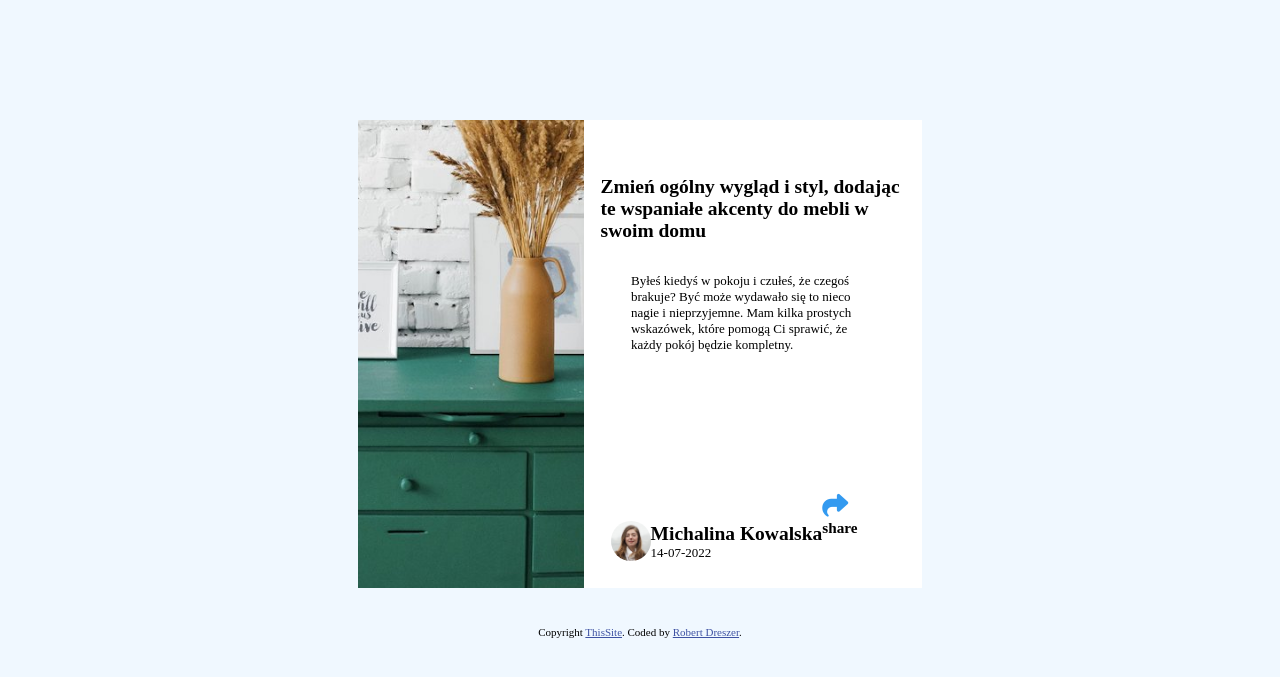
Repository: RobertDsr/komponent-podgl-du-produktu
Page: index.html
These files come from the project's save history. The page is drawn as it stood at one moment and after a run of saves; the edit follows.
The browser window is 1280 px wide. The pictures show the whole page.
Some web libraries are served in a nearby version. The style sheet was rebuilt from its Sass, Less or Tailwind sources for each picture, by a compiler version that may differ from the author's.

Above is the page before, as saved 2022-07-14 13:44:37.

After the next 4 saves:
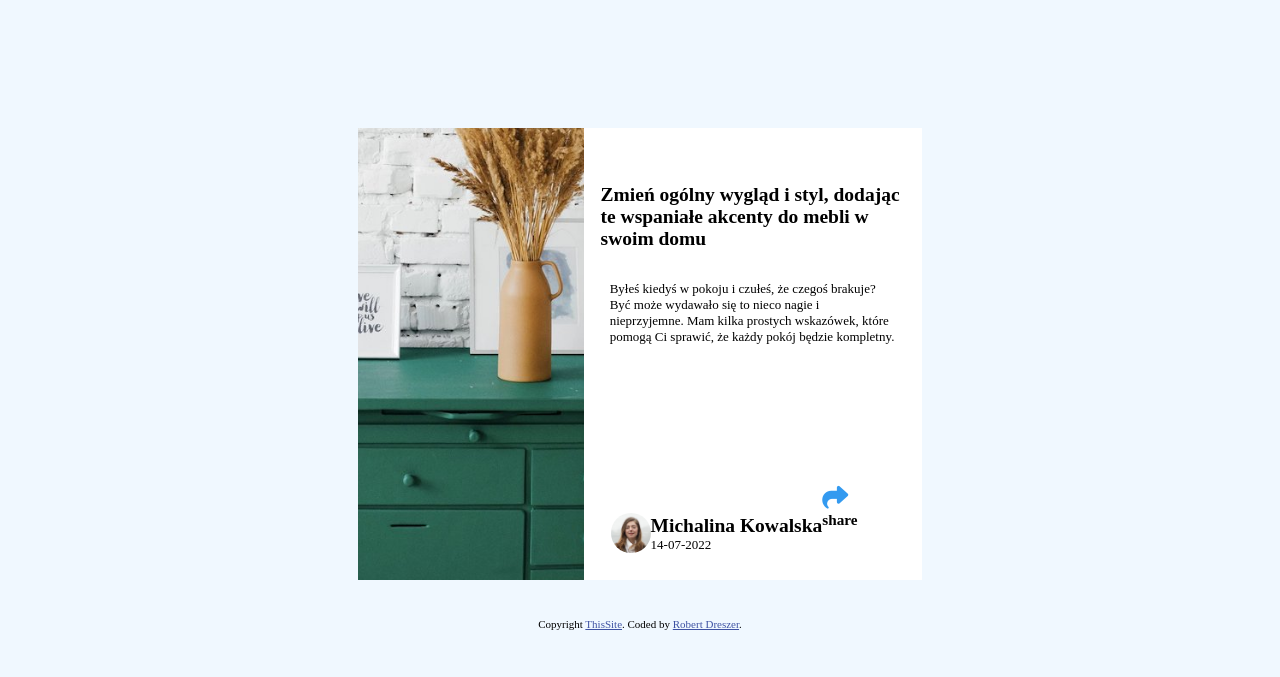
The 4 saves are shown as one change because they came seconds apart.
The last was saved 10 s later.
--- a/design/scss/main.scss
+++ b/design/scss/main.scss
@@ -42,7 +42,7 @@ body {
 }
 
 .articleDescription p {
-    padding: 10%;
+    padding: 10% 3% ;
 }
 
 .author {
